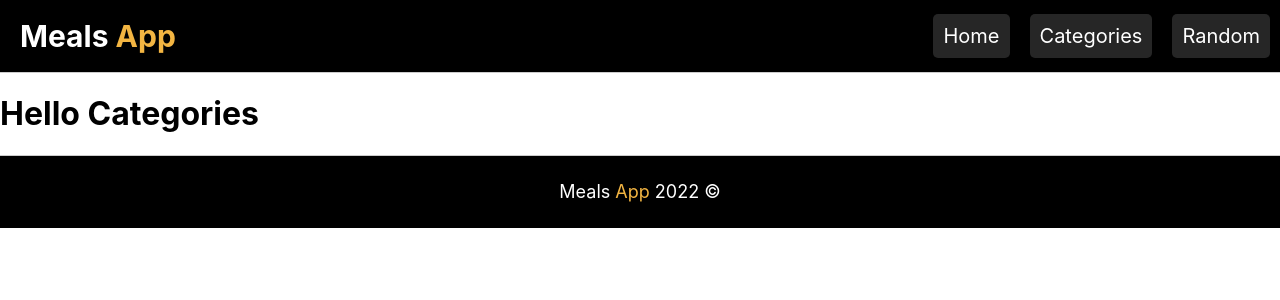
Repository: Shahriddinov/Meals
Page: /categories
An editor plug-in stored every save of this project. The page is shown before and after the next save, followed by the edit.
The browser window is 1280 px wide. The pictures show the whole page.
The project was rebuilt for these pictures with package versions that can differ from the ones it lists, and the page was loaded fresh each time. Also part of the build but not shown: src/components/HomePage/HomePage.scss, src/components/HomePage/HomePage.js, src/components/Categories/Categories.scss, src/components/RandomMeal/RandomMeal.js.

Above is the page before, as saved 2022-03-21 18:41:35.

### src/index.js
import React from 'react';
import ReactDOM from 'react-dom';
import { BrowserRouter } from 'react-router-dom';
import App from './App';
import { AppContext } from './components/context/context';

ReactDOM.render(
  <React.StrictMode>
    <BrowserRouter>
    <AppContext>
      <App />
    </AppContext>
    </BrowserRouter>

  </React.StrictMode>,
  document.getElementById('root')
);

### src/App.js
import React from 'react';
import { Footer } from './components/Footer/Footer';
import Navbar from './components/Navbar/Navbar';
import HomePage from './components/HomePage/HomePage'
import Categories from './components/Categories/Categories'
import "./App.scss"
import RandomMeal from './components/RandomMeal/RandomMeal'
import {BrowserRouter,  Routes, Route} from 'react-router-dom'

function App(props) {
    return (
        <div>
         <Navbar />

         <Routes>
          <Route  path="/" element={<HomePage/>} />
          <Route  path="/categories" element={<Categories/>}/>
          <Route  path="/random" element={<RandomMeal/>} />
          </Routes>
          <Footer/>
        </div>
    );
}

export default App;

### src/components/context/context.js
import React, {createContext, useCallback, useState} from 'react'
import axios from "axios"
export const myContext = createContext();

export const AppContext  = ({children}) =>{
  const [meals,setMeals] = useState([]);
  const [categories, setCategories] = useState([]);
  const [random, setRandom] = useState([]);

  const fetchHomePageMeals = useCallback((searchTerm)=>{
    axios.get(`https://www.themealdb.com/api/json/v1/1/search.php?s=${searchTerm}`).then(res =>{
      console.log(res.data.meals);
      setMeals(res.data.meals)
    })
  },[])
  return <myContext.Provider value={{fetchHomePageMeals, meals}}>{children}</myContext.Provider>

}

### src/components/Footer/Footer.js
import React from 'react'
import "./Footer.scss"
export const Footer = () => {
  return (
    <div className="footer">
       <p>Meals <span>App</span> 2022 &copy;</p>
    </div>
  )
}

### src/components/Navbar/Navbar.js
import React from 'react'
import {Link} from 'react-router-dom'
import "./Navbar.scss"
const Navbar = () => {
  return (
    <div className="navbar">
      <div className="navbar-heading">
          <h1>Meals <span>App</span></h1>
      </div>
      <div className="navbar-links">
          <ul>
           <Link to="/">
             {""}
             <li>Home</li>
             </Link>
           <Link to="/categories">
             {""}
             <li>Categories</li>
             </Link>
           <Link to="/random">
             {""}
             <li>Random</li>
             </Link>
          </ul>
      </div>
    </div>
  )
}

export default Navbar

### src/components/Categories/Categories.js
import React from 'react'
import "Categories.scss"
function Categories() {
  return (
    <div>
       <h1>Hello Categories</h1>
    </div>
  )
}

export default Categories

### src/App.scss
body {
  padding: 0;
  margin: 0;
  box-sizing: border-box;
  font-family: -apple-system, BlinkMacSystemFont, "Segoe UI", Roboto, Oxygen,
    Ubuntu, Cantarell, "Open Sans", "Helvetica Neue", sans-serif;
}

### src/components/Footer/Footer.scss
.footer {
  display: flex;
  align-items: center;
  justify-content: center;
  text-align: center;
  background: #000000;
  color: #fff;
  height: 10vh;
  border-top: 1px solid #ccc;

  p {
    font-size: 18px;
    span {
      color: #f3b542;
    }
  }
}

### src/components/Navbar/Navbar.scss
.navbar {
  width: 100%;
  height: 10vh;
  background: #000000;
  color: #fff;
  display: flex;
  align-items: center;
  justify-content: space-between;
  flex-direction: row;
  border-bottom: 1px solid #ccc;
  position: sticky;
  top: 0;
  left: 0;
  z-index: 50;
  &-heading {
    h1 {
      margin-left: 20px;
      font-size: 30px;
      span {
        color: #f3b542;
      }
    }
  }
  &-links {
    ul {
      display: flex;
      list-style: none;
    }
    a {
      color: #ffff;
      text-decoration: none;
      margin: 0px 10px;
      padding: 10px;
      background: lighten($color: #000000, $amount: 15);
      border-radius: 5px;
      font-size: 20px;
      transition: all 0.4s ease;
      &:hover {
        color: #f3b542;
      }
    }
  }
}

Loaded but not shown: public/index.html (common file)

After the next save:
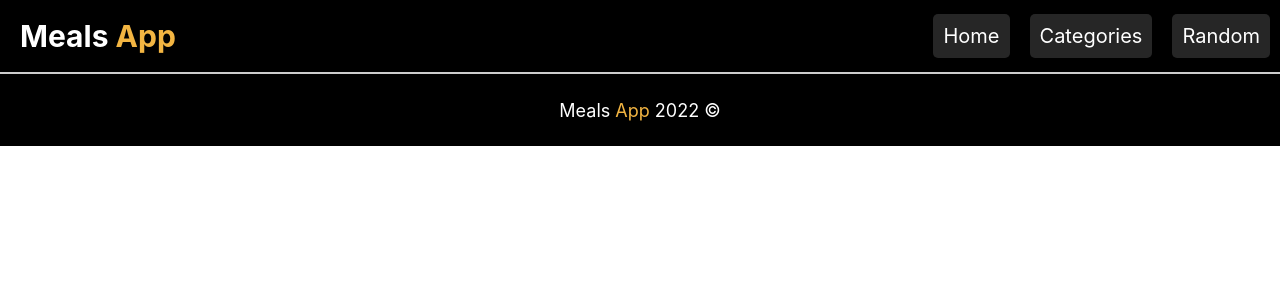
Saved 46 s later.
--- a/src/components/Categories/Categories.js
+++ b/src/components/Categories/Categories.js
@@ -1,9 +1,9 @@
-import React from 'react'
+import React, {useEffect} from 'react'
 import "Categories.scss"
 function Categories() {
   return (
-    <div>
-       <h1>Hello Categories</h1>
+    <div className="categories">
+
     </div>
   )
 }
